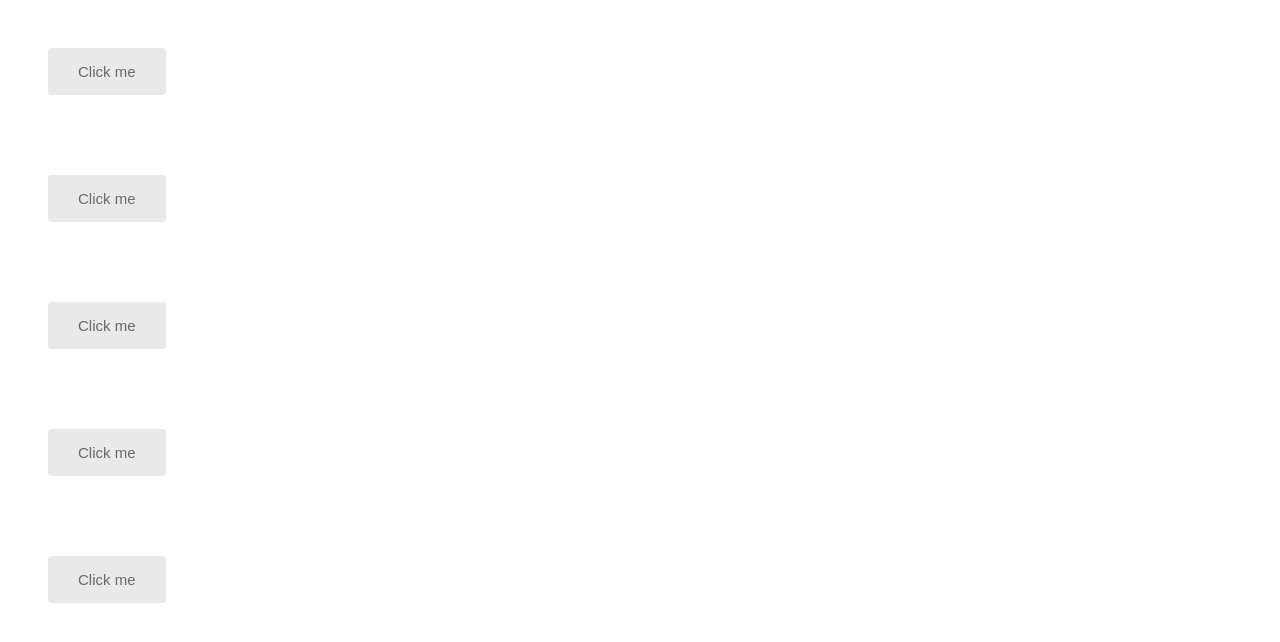
Repository: Folody-Team/Patery-UI
Page: example/index.html
These files come from the project's save history. The page is drawn as it stood at one moment and after the next save; the edit follows.
The browser window is 1280 px wide. The pictures show the whole page.

Above is the page before, as saved 2022-01-18 12:30:46.

After the next save:
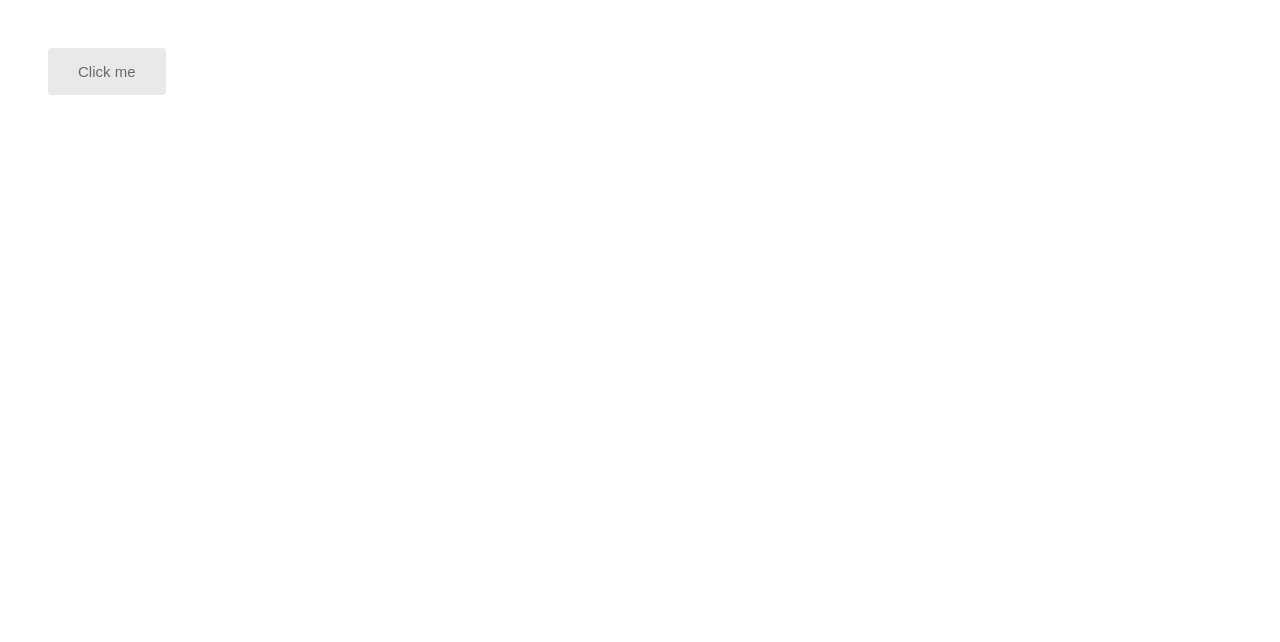
Saved 25 s later.
--- a/example/index.html
+++ b/example/index.html
@@ -12,18 +12,6 @@
         <PateryPadding class="test" padV="40px" padH="40px">
             <PateryButton class="hello">Click me</PateryButton>
         </PateryPadding>
-        <PateryPadding class="test" padV="40px" padH="40px">
-            <PateryButton>Click me</PateryButton>
-        </PateryPadding>
-        <PateryPadding class="test" padV="40px" padH="40px">
-            <PateryButton>Click me</PateryButton>
-        </PateryPadding>
-        <PateryPadding class="test" padV="40px" padH="40px">
-            <PateryButton>Click me</PateryButton>
-        </PateryPadding>
-        <PateryPadding class="test" padV="40px" padH="40px">
-            <PateryButton>Click me</PateryButton>
-        </PateryPadding>
     </PateryMode>
    <script src="../patery.js"></script>
 </body>
